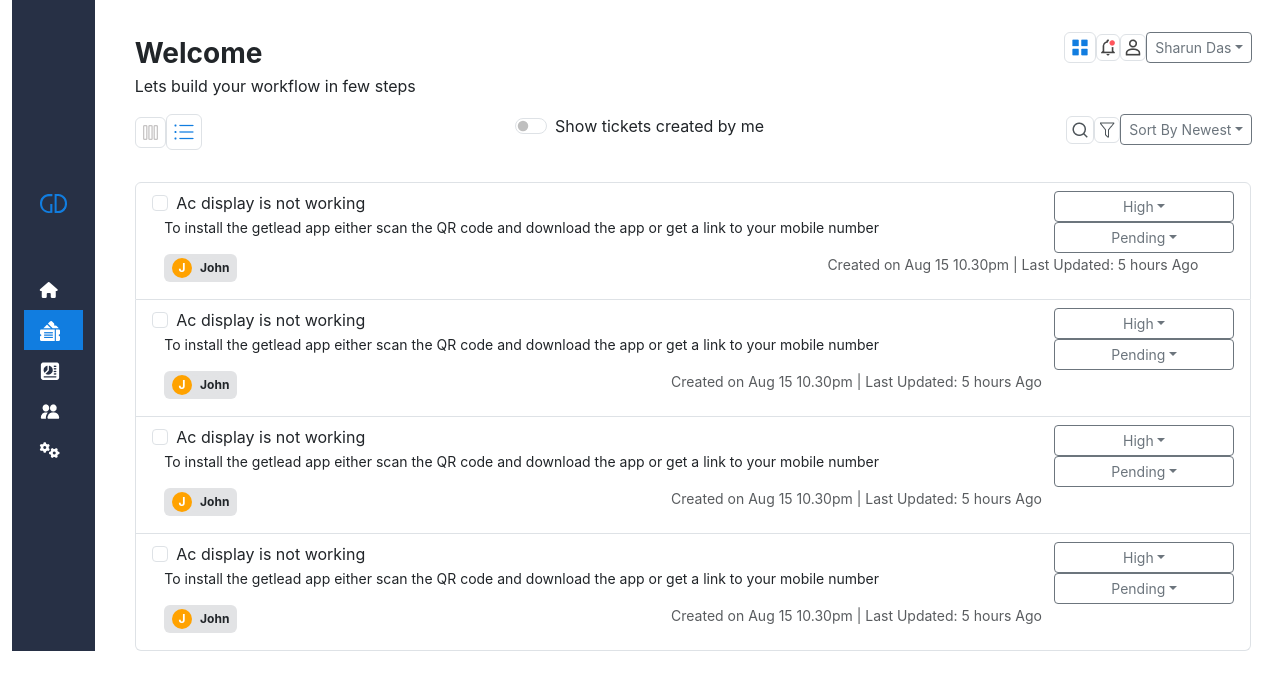
Repository: rishikarajeev/GL_HelpDesk
Page: /showtickets
An editor plug-in stored every save of this project. The page is shown before and after the next save, followed by the edit.
The browser window is 1280 px wide. The pictures show the whole page.
The project was rebuilt for these pictures with package versions that can differ from the ones it lists, and the page was loaded fresh each time. Also part of the build but not shown: src/App.css, src/Pages/HomePage.jsx.

Above is the page before, as saved 2024-01-09 14:55:14.

### public/index.html
<!DOCTYPE html>
<html lang="en">
  <head>
    <meta charset="utf-8" />
    <link rel="icon" href="%PUBLIC_URL%/favicon.ico" />
    <meta name="viewport" content="width=device-width, initial-scale=1" />
    <meta name="theme-color" content="#000000" />
    <meta
      name="description"
      content="Web site created using create-react-app"
    />
    <link rel="apple-touch-icon" href="%PUBLIC_URL%/logo192.png" />
    <link href="https://cdn.jsdelivr.net/npm/bootstrap@5.3.2/dist/css/bootstrap.min.css" rel="stylesheet" integrity="sha384-T3c6CoIi6uLrA9TneNEoa7RxnatzjcDSCmG1MXxSR1GAsXEV/Dwwykc2MPK8M2HN" crossorigin="anonymous">
   <script src="https://cdn.jsdelivr.net/npm/bootstrap@5.3.2/dist/js/bootstrap.bundle.min.js" integrity="sha384-C6RzsynM9kWDrMNeT87bh95OGNyZPhcTNXj1NW7RuBCsyN/o0jlpcV8Qyq46cDfL" crossorigin="anonymous"></script>

   <!--
      manifest.json provides metadata used when your web app is installed on a
      user's mobile device or desktop. See https://developers.google.com/web/fundamentals/web-app-manifest/
    -->
    <link rel="manifest" href="%PUBLIC_URL%/manifest.json" />
    <!--
      Notice the use of %PUBLIC_URL% in the tags above.
      It will be replaced with the URL of the `public` folder during the build.
      Only files inside the `public` folder can be referenced from the HTML.

      Unlike "/favicon.ico" or "favicon.ico", "%PUBLIC_URL%/favicon.ico" will
      work correctly both with client-side routing and a non-root public URL.
      Learn how to configure a non-root public URL by running `npm run build`.
    -->
    <title>React App</title>
  </head>
  <body>
    <noscript>You need to enable JavaScript to run this app.</noscript>
    <div id="root"></div>
    <!--
      This HTML file is a template.
      If you open it directly in the browser, you will see an empty page.

      You can add webfonts, meta tags, or analytics to this file.
      The build step will place the bundled scripts into the <body> tag.

      To begin the development, run `npm start` or `yarn start`.
      To create a production bundle, use `npm run build` or `yarn build`.
    -->
  </body>
</html>

### src/index.js
import React from "react";
import ReactDOM from "react-dom/client";
import "./index.css";
import App from "./App";
import reportWebVitals from "./reportWebVitals";


const root = ReactDOM.createRoot(document.getElementById("root"));
root.render(<App />);

// If you want to start measuring performance in your app, pass a function
// to log results (for example: reportWebVitals(console.log))
// or send to an analytics endpoint. Learn more: https://bit.ly/CRA-vitals
reportWebVitals();

### src/App.js
import logo from "./logo.svg";
import "./App.css";

import { BrowserRouter,Route,Routes } from "react-router-dom";
import ViewTickets from "./Pages/ViewTickets";
import HomePage from "./Pages/HomePage";
import SideBar from "./Components/SideBar";
import { Container, Row, Col } from "react-bootstrap";
import Header from "./Components/Header";


function App() {
  return (
    <BrowserRouter>
<Container fluid>
     <Row>
          <Col xl={1} >
            <SideBar />
            </Col>
            <Col xl={11}>
            <Header/>
            <Routes>
              <Route path="/" element={<HomePage />}></Route>
              <Route path="/showtickets" element={<ViewTickets />}></Route>
            </Routes>
            </Col>



         </Row>
       </Container>


    </BrowserRouter>
  );
}

export default App;

### src/Pages/ViewTickets.jsx
import React from "react";

import "../Assets/Css/Styles.css";
import UserBadge from "../Components/UserBadge";
import Header from "../Components/Header";

function ViewTickets() {
  const userName = "John";

  return (

    <div className="container bg-white ">

    <ol className="list-group">
      <li className="list-group-item d-flex justify-content-between align-items-start">
        <div className="container">
          <div className="row">
            <div className="col-10">
              <div className="row">
                <div className="form-check">
                  <input
                    className="form-check-input"
                    type="checkbox"
                    value=""
                    id="flexCheckDefault"
                  />
                  <label className="form-check-label" htmlFor="flexCheckDefault">
                    Ac display is not working
                  </label>
                </div>
              </div>
              <div className="row">
                <p className="small text-wrap">
                  To install the getlead app either scan the QR code and
                  download the app or get a link to your mobile number
                </p>
              </div>

            </div>
            <div className="col-2">
              <div className="row">
                <button
                  className="btn btn-outline-secondary btn-sm dropdown-toggle"
                  type="button"
                  data-bs-toggle="dropdown"
                  aria-expanded="false"
                >
                  High
                </button>

                <button
                  className="btn btn-outline-secondary btn-sm dropdown-toggle"
                  type="button"
                  data-bs-toggle="dropdown"
                  aria-expanded="false"
                >
                  Pending
                </button>
              </div>
            </div>
            <div className="row">
                <div className="col-5">
                  <UserBadge name={userName} />
                </div>
                <div className="col-7 text-end">
                  <p className="text-muted small">
                    Created on Aug 15 10.30pm | Last Updated: 5 hours Ago
                  </p>
                </div>
              </div>
          </div>
        </div>
      </li>
      <li className="list-group-item d-flex justify-content-between align-items-start">
        <div className="container">
          <div className="row">
            <div className="col-10">
              <div className="row">
                <div className="form-check">
                  <input
                    className="form-check-input"
                    type="checkbox"
                    value=""
                    id="flexCheckDefault"
                  />
                  <label className="form-check-label" htmlFor="flexCheckDefault">
                    Ac display is not working
                  </label>
                </div>
              </div>
              <div className="row">
                <p className="small text-wrap">
                  To install the getlead app either scan the QR code and
                  download the app or get a link to your mobile number
                </p>
              </div>
              <div className="row">
                <div className="col-5">
                  <UserBadge name={userName} />
                </div>
                <div className="col-7 text-end">
                  <p className="text-muted small">
                    Created on Aug 15 10.30pm | Last Updated: 5 hours Ago
                  </p>
                </div>
              </div>
            </div>
            <div className="col-2">
              <div className="row">
                <button
                  className="btn btn-outline-secondary btn-sm dropdown-toggle w-100"
                  type="button"
                  data-bs-toggle="dropdown"
                  aria-expanded="false"
                >
                  High
                </button>

                <button
                  className="btn btn-outline-secondary btn-sm dropdown-toggle w-100"
                  type="button"
                  data-bs-toggle="dropdown"
                  aria-expanded="false"
                >
                  Pending
                </button>
              </div>
            </div>
          </div>
        </div>
      </li>
      <li className="list-group-item d-flex justify-content-between align-items-start">
        <div className="container">
          <div className="row">
            <div className="col-10">
              <div className="row">
                <div className="form-check">
                  <input
                    className="form-check-input"
                    type="checkbox"
                    value=""
                    id="flexCheckDefault"
                  />
                  <label className="form-check-label" htmlFor="flexCheckDefault">
                    Ac display is not working
                  </label>
                </div>
              </div>
              <div className="row">
                <p className="small text-wrap">
                  To install the getlead app either scan the QR code and
                  download the app or get a link to your mobile number
                </p>
              </div>
              <div className="row">
                <div className="col-5">
                  <UserBadge name={userName} />
                </div>
                <div className="col-7 text-end">
                  <p className="text-muted small">
                    Created on Aug 15 10.30pm | Last Updated: 5 hours Ago
                  </p>
                </div>
              </div>
            </div>
            <div className="col-2">
              <div className="row">
                <button
                  className="btn btn-outline-secondary btn-sm dropdown-toggle"
                  type="button"
                  data-bs-toggle="dropdown"
                  aria-expanded="false"
                >
                  High
                </button>

                <button
                  className="btn btn-outline-secondary btn-sm dropdown-toggle"
                  type="button"
                  data-bs-toggle="dropdown"
                  aria-expanded="false"
                >
                  Pending
                </button>
              </div>
            </div>
          </div>
        </div>
      </li>
      <li className="list-group-item d-flex justify-content-between align-items-start">
        <div className="container">
          <div className="row">
            <div className="col-10">
              <div className="row">
                <div className="form-check">
                  <input
                    className="form-check-input"
                    type="checkbox"
                    value=""
                    id="flexCheckDefault"
                  />
                  <label className="form-check-label" htmlFor="flexCheckDefault">
                    Ac display is not working
                  </label>
                </div>
              </div>
              <div className="row">
                <p className="small text-wrap">
                  To install the getlead app either scan the QR code and
                  download the app or get a link to your mobile number
                </p>
              </div>
              <div className="row">
                <div className="col-5">
                  <UserBadge name={userName} />
                </div>
                <div className="col-7 text-end">
                  <p className="text-muted small">
                    Created on Aug 15 10.30pm | Last Updated: 5 hours Ago
                  </p>
                </div>
              </div>
            </div>
            <div className="col-2">
              <div className="row">
                <button
                  className="btn btn-outline-secondary btn-sm dropdown-toggle"
                  type="button"
                  data-bs-toggle="dropdown"
                  aria-expanded="false"
                >
                  High
                </button>

                <button
                  className="btn btn-outline-secondary btn-sm dropdown-toggle"
                  type="button"
                  data-bs-toggle="dropdown"
                  aria-expanded="false"
                >
                  Pending
                </button>
              </div>
            </div>
          </div>
        </div>
      </li>
    </ol>
  </div>

  );
}

export default ViewTickets;

### src/Components/SideBar.jsx
import React from "react";

import "@fortawesome/fontawesome-free/css/all.min.css";
import ticketIcon from "../Assets//Images/Layer_1.png";
import logo from "../Assets//Images/logo.png";
import profile from "../Assets//Images/profile_icon.png";
import filemanagr from "../Assets//Images/Frame.png";
import "../Assets/Css/Styles.css";

function SideBar() {
  return (
    <nav class="navbar navbar-expand-lg navbar-dark sideBg  d-flex flex-column h-100 ">
      <button
        class="navbar-toggler"
        type="button"
        data-toggle="collapse"
        data-target="#sidebar"
        aria-controls="sidebar"
        aria-expanded="false"
        aria-label="Toggle navigation"
      >
        <span class="navbar-toggler-icon"></span>
      </button>

      <div class="collapse navbar-collapse" id="sidebar">

        <ul class="nav  flex-column " >
        <li class="nav-item mb-5 ">
            <a class="nav-link active" href="/">
            <img src={logo} alt="Home Icon" className="icon" />
            </a>
          </li>
          <li class="nav-item">
            <a class="nav-link active text-white" href="/">
              <i class="fas fa-home"></i>
            </a>
          </li>
          <li class="nav-item  selectedColor">
            <a className="nav-link active" href="/showtickets">
              <img src={ticketIcon} alt="Home Icon" className="icon" />
            </a>
          </li>
          <li class="nav-item  ">
            <a className="nav-link active" href="#">
              <img src={filemanagr} alt="Home Icon" className="icon" />
            </a>
          </li>
          <li class="nav-item  ">
            <a className="nav-link active" href="#">
              <img src={profile} alt="Home Icon" className="icon" />
            </a>
          </li>
          <li class="nav-item ">
            <a class="nav-link text-white" href="#">
              <i class="fas fa-cogs"></i>
            </a>
          </li>

        </ul>
      </div>
    </nav>
  );
}

export default SideBar;

### src/Components/Header.jsx
import React from "react";
import column_icon from "../Assets/Images/fluent_column-triple-20-regular.png";
import list_icon from "../Assets/Images/ph_list-bullets-light.png";
import search_icon from "../Assets/Images/ri_search-line.png";
import menu_icon from "../Assets/Images/ep_menu.png";
import filter_icon from "../Assets/Images/cil_filter.png";
import notificatn_icon from "../Assets/Images/Group 10.png";
import user_icon from "../Assets/Images/ooui_user-avatar-outline.png";
import { Container, Row, Col, Navbar, Nav } from "react-bootstrap";

function Header() {
  return (
    <Container fluid className="p-3">
      <Row className=" justify-content-end mt-3 mb-3" >
        <Col sm={8}>
          <Row>
            <a class="navbar-brand fs-3 fw-bolder" href="#">
              Welcome{" "}
            </a>
          </Row>
          <Row>
            <span>Lets build your workflow in few steps</span>
          </Row>
        </Col>

        <Col sm={4}  className="text-end">
          <img src={menu_icon} alt="Local Icon" className="img-thumbnail" />
          <img
            src={notificatn_icon}
            alt="Local Icon"
            className="img-thumbnail"
          />
          <img src={user_icon} alt="Local Icon" className="img-thumbnail" />
          <button
            class="btn btn-outline-secondary btn-sm dropdown-toggle "
            type="button"
            data-bs-toggle="dropdown"
            aria-expanded="false"
          >
            Sharun Das
          </button>
        </Col>
      </Row>

      <Row className=" mt-3 mb-3">
        <Col>
          <img src={column_icon} alt="Local Icon" className="img-thumbnail" />

          <img src={list_icon} className="img-thumbnail" />
        </Col>
        <Col>
          <div class="form-check form-switch">
            <label class="form-check-label" for="flexSwitchCheckDefault">
              Show tickets created by me
            </label>

            <input
              class="form-check-input"
              type="checkbox"
              role="switch"
              id="flexSwitchCheckDefault"
            />
          </div>
        </Col>
        <Col className="text-end">
          <img src={search_icon} alt="Local Icon" className="img-thumbnail" />
          <img src={filter_icon} alt="Local Icon" className="img-thumbnail" />
          <button
            class="btn btn-outline-secondary btn-sm dropdown-toggle "
            type="button"
            data-bs-toggle="dropdown"
            aria-expanded="false"
          >
            Sort By Newest
          </button>
        </Col>
      </Row>
    </Container>
  );
}

export default Header;

### src/Assets/Css/Styles.css
.sideBg{
    background-color:  #273045;
    padding: 3;
}
.selectedColor{
    background-color:  #117DE0;

}
.bgColor{
    background-color:  #EFEFEF;

}


  .circle-icon {
    width: 20px;
    height: 20px;
    border-radius: 50%;
    background-color: #ffa200; /* Choose your desired background color */
    display: flex;
    align-items: center;
    justify-content: center;
    color: #fff; /* Choose your desired text color */
  }
  .close-icon {
    position: absolute;
    color:black;
    top: 50%;
    left: 50%;
    transform: translate(-50%, -50%);
  }

### src/Components/UserBadge.jsx
// UserBadge.js
import React from 'react';
import { Badge } from 'react-bootstrap';
import "../Assets/Css/Styles.css"



const UserBadge = ({ name }) => {
  const initials = name
    .split(' ')
    .map((word) => word[0])
    .join('');

  return (
    <div>
      <Badge bg="secondary-subtle ">
      <div className="rounded-circle bg-secondary-subtle text-dark d-flex align-items-center justify-content-center">

        <div className="circle-icon"> <span >{initials} </span> </div>
        <span className="ms-2">{name} </span>


        </div>
      </Badge>


    </div>
  );
};

export default UserBadge;

Loaded but not shown: src/index.css (common file); src/reportWebVitals.js (common file)

After the next save:
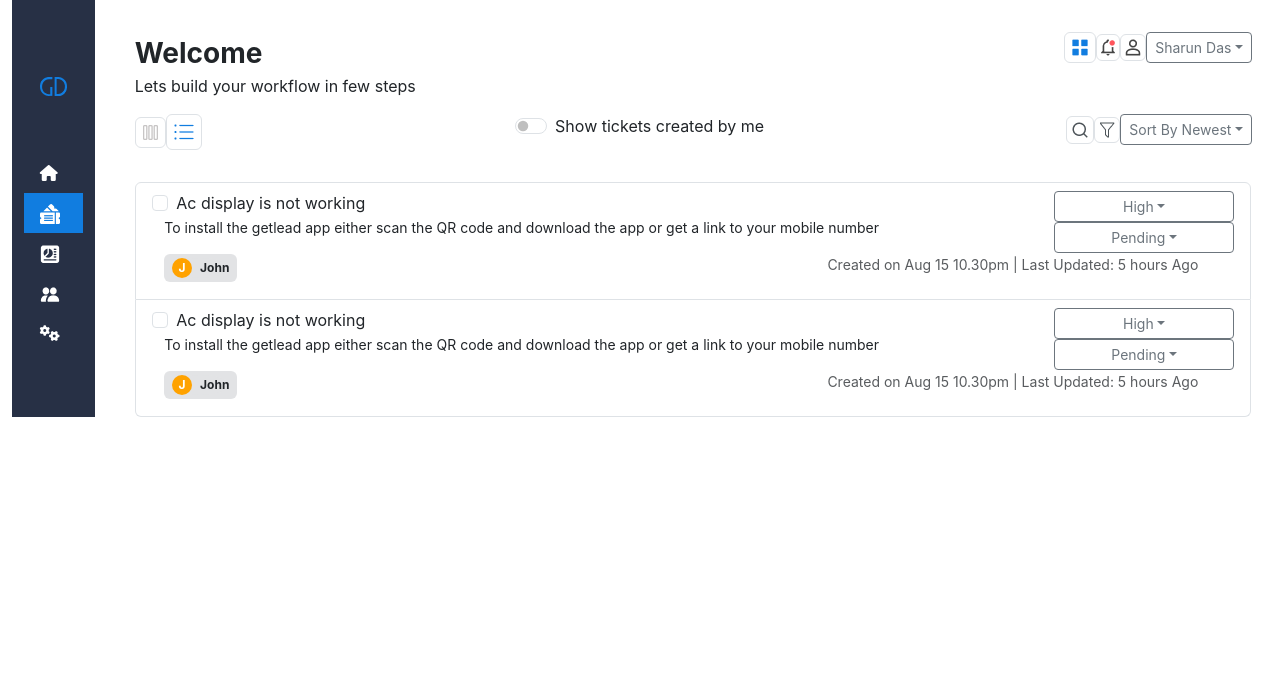
Saved 114 s later.
--- a/src/Pages/ViewTickets.jsx
+++ b/src/Pages/ViewTickets.jsx
@@ -94,74 +94,7 @@ function ViewTickets() {
                   download the app or get a link to your mobile number
                 </p>
               </div>
-              <div className="row">
-                <div className="col-5">
-                  <UserBadge name={userName} />
-                </div>
-                <div className="col-7 text-end">
-                  <p className="text-muted small">
-                    Created on Aug 15 10.30pm | Last Updated: 5 hours Ago
-                  </p>
-                </div>
-              </div>
-            </div>
-            <div className="col-2">
-              <div className="row">
-                <button
-                  className="btn btn-outline-secondary btn-sm dropdown-toggle w-100"
-                  type="button"
-                  data-bs-toggle="dropdown"
-                  aria-expanded="false"
-                >
-                  High
-                </button>
 
-                <button
-                  className="btn btn-outline-secondary btn-sm dropdown-toggle w-100"
-                  type="button"
-                  data-bs-toggle="dropdown"
-                  aria-expanded="false"
-                >
-                  Pending
-                </button>
-              </div>
-            </div>
-          </div>
-        </div>
-      </li>
-      <li className="list-group-item d-flex justify-content-between align-items-start">
-        <div className="container">
-          <div className="row">
-            <div className="col-10">
-              <div className="row">
-                <div className="form-check">
-                  <input
-                    className="form-check-input"
-                    type="checkbox"
-                    value=""
-                    id="flexCheckDefault"
-                  />
-                  <label className="form-check-label" htmlFor="flexCheckDefault">
-                    Ac display is not working
-                  </label>
-                </div>
-              </div>
-              <div className="row">
-                <p className="small text-wrap">
-                  To install the getlead app either scan the QR code and
-                  download the app or get a link to your mobile number
-                </p>
-              </div>
-              <div className="row">
-                <div className="col-5">
-                  <UserBadge name={userName} />
-                </div>
-                <div className="col-7 text-end">
-                  <p className="text-muted small">
-                    Created on Aug 15 10.30pm | Last Updated: 5 hours Ago
-                  </p>
-                </div>
-              </div>
             </div>
             <div className="col-2">
               <div className="row">
@@ -184,33 +117,7 @@ function ViewTickets() {
                 </button>
               </div>
             </div>
-          </div>
-        </div>
-      </li>
-      <li className="list-group-item d-flex justify-content-between align-items-start">
-        <div className="container">
-          <div className="row">
-            <div className="col-10">
-              <div className="row">
-                <div className="form-check">
-                  <input
-                    className="form-check-input"
-                    type="checkbox"
-                    value=""
-                    id="flexCheckDefault"
-                  />
-                  <label className="form-check-label" htmlFor="flexCheckDefault">
-                    Ac display is not working
-                  </label>
-                </div>
-              </div>
-              <div className="row">
-                <p className="small text-wrap">
-                  To install the getlead app either scan the QR code and
-                  download the app or get a link to your mobile number
-                </p>
-              </div>
-              <div className="row">
+            <div className="row">
                 <div className="col-5">
                   <UserBadge name={userName} />
                 </div>
@@ -220,28 +127,6 @@ function ViewTickets() {
                   </p>
                 </div>
               </div>
-            </div>
-            <div className="col-2">
-              <div className="row">
-                <button
-                  className="btn btn-outline-secondary btn-sm dropdown-toggle"
-                  type="button"
-                  data-bs-toggle="dropdown"
-                  aria-expanded="false"
-                >
-                  High
-                </button>
-
-                <button
-                  className="btn btn-outline-secondary btn-sm dropdown-toggle"
-                  type="button"
-                  data-bs-toggle="dropdown"
-                  aria-expanded="false"
-                >
-                  Pending
-                </button>
-              </div>
-            </div>
           </div>
         </div>
       </li>
